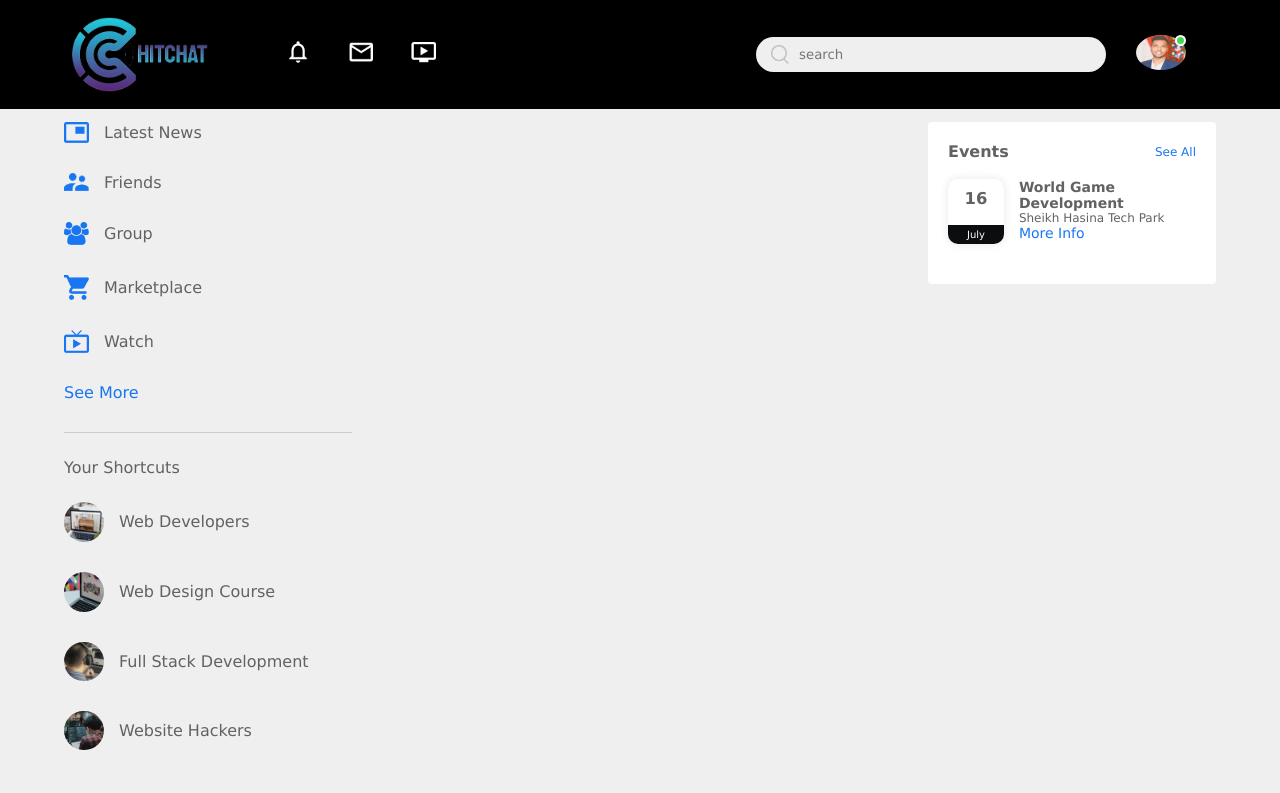
Repository: omarhasnain/ChitChat
Page: index.html
The author's editor kept a copy of each file at every save. The page is drawn from the files as they stood at one save, then again after the next save.
The browser window is 1280 px wide. The pictures show the whole page.

Above is the page before, as saved 2021-07-12 03:59:27.

### index.html
<!DOCTYPE html>
<html lang="en">

<head>
    <meta charset="UTF-8">
    <meta http-equiv="X-UA-Compatible" content="IE=edge">
    <meta name="viewport" content="width=device-width, initial-scale=1.0">
    <title>ChitChat</title>
    <link rel="stylesheet" href="style.css">
    <link rel="shortcut icon" href="images/fav-icon.ico" type="image/x-icon">
</head>

<body>
    <nav>
        <div class="nav-left">
            <img src="images/logo4.png" alt="logo" class="logo">
            <ul>
                <li><img src="images/notification.png" alt="" class=""></li>
                <li><img src="images/inbox.png" alt="" class=""></li>
                <li><img src="images/video.png" alt="" class=""></li>
            </ul>
        </div>
        <div class="nav-right">
            <div class="search-box">
                <img src="images/search.png" alt="">
                <input type="text" placeholder="search">
            </div>
            <div class="nav-user-icon online">
                <img src="images/FC.jpg" alt="">
            </div>
        </div>
    </nav>
    <div class="container">
        <!---- Left sidebar --->
        <div class="left-sidebar">
            <div class="important-links">
                <a href="#"><img src="images/news.png" alt="news">Latest News</a>
                <a href="#"><img src="images/friends.png">Friends</a>
                <a href="#"><img src="images/group.png">Group</a>
                <a href="#"><img src="images/marketplace.png">Marketplace</a>
                <a href="#"><img src="images/watch.png">Watch</a>
                <a href="#">See More</a>
            </div>
            <div class="shortcut-links">
                <p>Your Shortcuts</p>
                <a href="#"><img src="images/shortcut-1.png" alt="">Web Developers</a>
                <a href="#"><img src="images/shortcut-2.png" alt="">Web Design Course</a>
                <a href="#"><img src="images/shortcut-3.png" alt="">Full Stack Development</a>
                <a href="#"><img src="images/shortcut-4.png" alt="">Website Hackers</a>
            </div>
        </div>
        <!---- Main Content --->
        <div class="main-content"></div>
        <!---- Right sidebar --->
        <div class="right-sidebar">
            <div class="sidebar-title">
                <h4>Events</h4>
                <a href="#">See All</a>
            </div>
            <div class="event">
                <div class="left-event">
                    <h3>16</h3>
                    <span>July</span>
                </div>
                <div class="right-event">
                    <h4>World Game Development</h4>
                    <p>Sheikh Hasina Tech Park</p>
                    <a href="">More Info</a>
                </div>
            </div>
        </div>
    </div>
</body>

</html>

### style.css
* {
    margin: 0;
    padding: 0;
    font-family: Verdana;
    box-sizing: border-box;
}

body {
    background-color: #efefef;
}

nav {
    display: flex;
    align-items: center;
    justify-content: space-between;
    background: rgb(0, 0, 0);
    padding: 5px 5%;
    position: sticky;
    top: 0;
    z-index: 100;
}

.logo {
    width: 160px;
    margin-right: 45px;
}

.nav-left,
.nav-right {
    display: flex;
    align-items: center;
}

.nav-left ul li {
    list-style: none;
    display: inline-block;
}

.nav-left ul li img {
    width: 28px;
    margin: 0 15px;
    cursor: pointer;
}

.nav-user-icon img {
    width: 50px;
    height: 35px;
    border-radius: 100%;
    cursor: pointer;
}

.nav-user-icon {
    margin: 30px;
}

.search-box {
    background: #efefef;
    width: 350px;
    border-radius: 20px;
    display: flex;
    align-items: center;
    padding: 0 15px;
}

.search-box img {
    width: 18px;
    cursor: pointer;
}

.search-box input {
    background: transparent;
    width: 100%;
    border: 0;
    display: flex;
    align-items: center;
    padding: 10px;
    outline: none;
}

.online {
    position: relative;
}

.online::after {
    content: '';
    width: 7px;
    height: 7px;
    border: 2px solid #fff;
    border-radius: 50%;
    background: #41db51;
    position: absolute;
    top: 0;
    right: 0;
}

.container {
    display: flex;
    justify-content: space-between;
    padding: 13px 5%;
}

.left-sidebar {
    flex-basis: 25%;
    position: sticky;
    top: 70px;
    align-self: flex-start;
}

.right-sidebar {
    flex-basis: 25%;
    position: sticky;
    top: 70px;
    align-self: flex-start;
    background: #fff;
    padding: 20px;
    border-radius: 4px;
    color: #626262;
}

.main-content {
    flex-basis: 47%;
}

.important-links a,
.shortcut-links a {
    text-decoration: none;
    display: flex;
    align-items: center;
    margin-bottom: 30px;
    color: #626262;
    width: fit-content;
}

.important-links a img {
    width: 25px;
    margin-right: 15px;
}

.important-links a:last-child {
    color: #1876f2;
}

.important-links {
    border-bottom: 1px solid #ccc;
}

.shortcut-links a img {
    width: 40px;
    border-radius: 30px;
    margin-right: 15px;
}

.shortcut-links p {
    margin: 25px 0;
    color: #626262;
    font-weight: 500;
}

.sidebar-title {
    display: flex;
    align-items: center;
    justify-content: space-between;
    margin-bottom: 18px;
}

.sidebar-title h4 {
    font-weight: 600;
    font-size: 16px;
}

.sidebar-title a {
    text-decoration: none;
    color: #1876f2;
    font-size: 12px;
}

.event {
    display: flex;
    font-size: 14px;
    margin-bottom: 20px;
}

.left-event {
    border-radius: 10px;
    height: 65px;
    width: 65px;
    margin-right: 15px;
    padding-top: 10px;
    text-align: center;
    position: relative;
    overflow: hidden;
    box-shadow: 0 0 10px rgba(0, 0, 0, 0.1);
}

.event p {
    font-size: 12px;
}

.event a {
    font-size: 12 px;
    text-decoration: none;
    color: #1876f2;
}

.left-event span {
    position: absolute;
    bottom: 0;
    left: 0;
    width: 100%;
    background: #0b0d0f;
    font-size: 10px;
    padding: 4px 0;
    color: #fff;
}

After the next save:
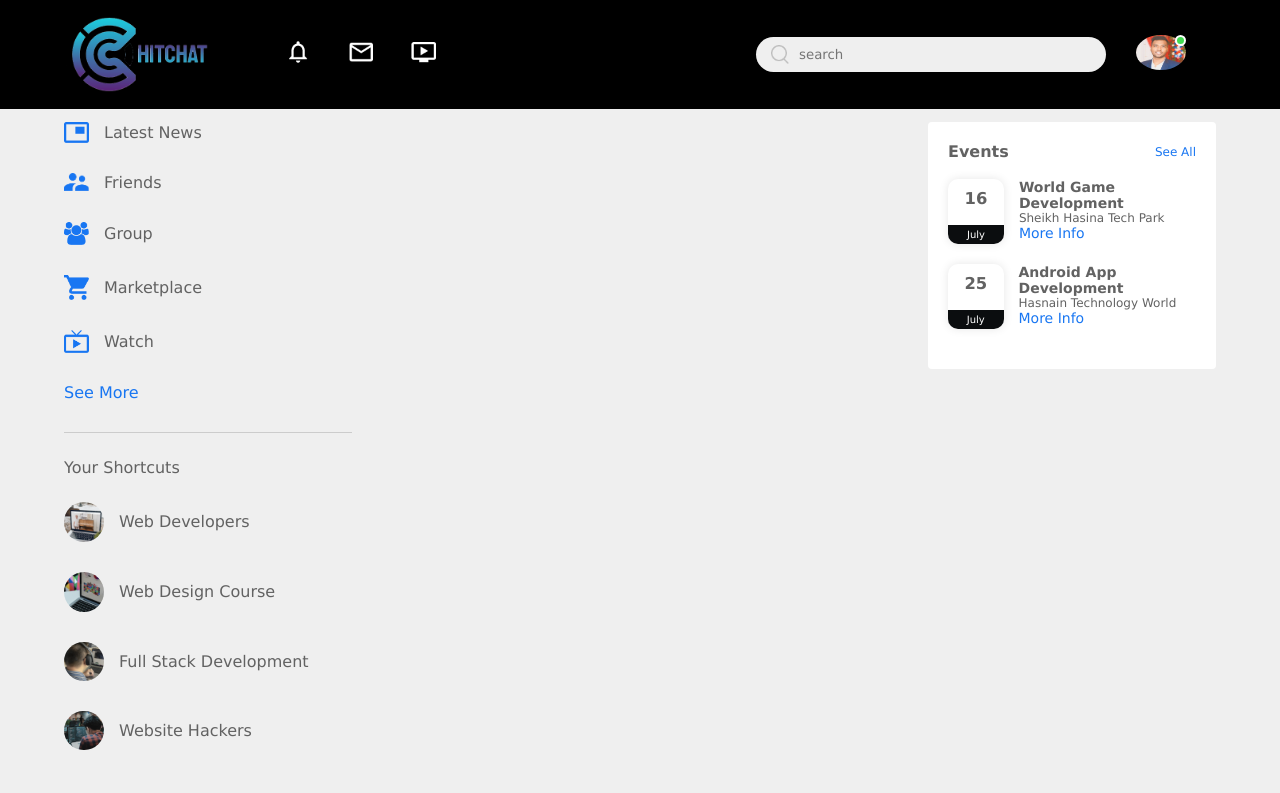
Saved 17 h 12 min later.
--- a/index.html
+++ b/index.html
@@ -68,6 +68,17 @@
                     <a href="">More Info</a>
                 </div>
             </div>
+            <div class="event">
+                <div class="left-event">
+                    <h3>25</h3>
+                    <span>July</span>
+                </div>
+                <div class="right-event">
+                    <h4>Android App Development</h4>
+                    <p> Hasnain Technology World </p>
+                    <a href="">More Info</a>
+                </div>
+            </div>
         </div>
     </div>
 </body>
